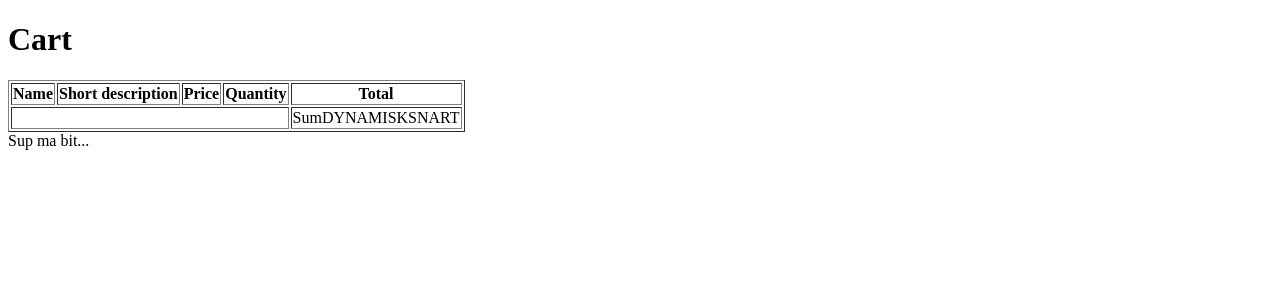
Repository: superdids/DAT152
Page: http://localhost/Oblig3/cart
The author's editor kept a copy of each file at every save. The page is drawn from the files as they stood at one save, then again after the next save.
The browser window is 1280 px wide. The pictures show the whole page.
The page is served by Tomcat 9. Other server files are loaded and not shown.

Above is the page before, as saved 2015-10-31 13:15:19.

### Oblig3/WebContent/cart.jsp
<%@ page language="java" contentType="text/html; charset=ISO-8859-1"
    pageEncoding="ISO-8859-1"%>
<%@ taglib uri="http://java.sun.com/jsp/jstl/core" prefix="c" %>
<%@ taglib prefix="short" uri="WEB-INF/customTags.tld" %>
<!DOCTYPE html PUBLIC "-//W3C//DTD HTML 4.01 Transitional//EN" "http://www.w3.org/TR/html4/loose.dtd">
<html>
<head>
<meta http-equiv="Content-Type" content="text/html; charset=ISO-8859-1">
<title>Insert title here</title>
</head>
<body>
<h1>Cart</h1>
<table border="1">
	<tr>
		<th>Name</th>
		<th>Short description</th>
		<th>Price</th>
		<th>Quantity</th>
		<th>Total</th>
	</tr>
	<c:set var="sum" value="0" />
	<c:forEach var="item" items="${items}">
		<c:set var="amnt" value="${item.value.amount}" />
		<c:set var="price" value="${item.value.product.priceInEuro}" />
		<tr>
			<td>${item.value.product.productName}</td>
			<td><short:ShortText maxChars="10">Nothing! (her skal shorttext brukes, men trenger først
			velfungerende description.)</short:ShortText></td>

			<td>${item.value.product.priceInEuro}</td>
			<td>${item.value.amount}</td>
<!--  			<td>asd</td> -->
	<td> some stuff
<%-- 	<c:set var="x"><customTags:cc price="${price}" amount="${amount}" /></c:set> --%>
	</td>

		</tr>

<%-- <c:set var="sum" value="${sum + x}" /> --%>
	</c:forEach>
	<tr>
		<td colspan="4"></td>
		<td>SumDYNAMISKSNART</td>
	</tr>
</table>

<short:ShortText maxChars="10">Sup ma bitches!</short:ShortText>

</body>
</html>

### Oblig3/src/no/hib/dat152/controllers/Cart.java
package no.hib.dat152.controllers;

import java.io.IOException;
import java.util.HashMap;

import javax.servlet.ServletException;
import javax.servlet.annotation.WebServlet;
import javax.servlet.http.HttpServlet;
import javax.servlet.http.HttpServletRequest;
import javax.servlet.http.HttpServletResponse;

import no.hib.dat102.database.Description;
import no.hib.dat102.database.DescriptionDAOContext;
import no.hib.dat102.database.DescriptionId;
import no.hib.dat152.models.CartItem;
import no.hib.dat152.models.MyAwesomeCart;
import no.hib.dat152.util.RequestHelper;

/**
 * Servlet implementation class Cart
 */
@WebServlet("/cart")
public class Cart extends HttpServlet {
	private static final long serialVersionUID = 1L;

	/**
	 * @see HttpServlet#doGet(HttpServletRequest request, HttpServletResponse response)
	 */
	protected void doGet(HttpServletRequest request, HttpServletResponse response) throws ServletException, IOException {

		request = RequestHelper.setLanguage(request);

		MyAwesomeCart cart = (MyAwesomeCart) request.getSession().getAttribute("cart");
		if(cart != null) {
			HashMap<Integer,CartItem> items = (HashMap<Integer, CartItem>) cart.getItems();
			DescriptionDAOContext dao = new DescriptionDAOContext();

			String language = (String) request.getSession().getAttribute("language");
			if(language != null) {

				for(Integer key : items.keySet()) {
					CartItem item = items.get(key);
					Description description = dao.read(new DescriptionId(key, language));
					if(description != null)
						item.setDescription(description.getText());

					cart.addItem(key, item);
				}
				request.setAttribute("items", cart.getItems());
			}
		}

		request.getRequestDispatcher("/cart.jsp").forward(request, response);
	}

	/**
	 * @see HttpServlet#doPost(HttpServletRequest request, HttpServletResponse response)
	 */
	protected void doPost(HttpServletRequest request, HttpServletResponse response) throws ServletException, IOException {
		// TODO Auto-generated method stub

		response = RequestHelper.generateCookie(request, response, "language", "locale");
		response.sendRedirect(request.getContextPath()+"/cart");
	}

}

### Oblig3/src/no/hib/dat152/util/RequestHelper.java
package no.hib.dat152.util;

import javax.servlet.http.Cookie;
import javax.servlet.http.HttpServletRequest;
import javax.servlet.http.HttpServletResponse;

import no.hib.dat102.database.AvailableLanguages;
import no.hib.dat102.database.DescriptionDAOContext;
import no.hib.dat102.database.Product;
import no.hib.dat152.models.CartItem;
import no.hib.dat152.models.MyAwesomeCart;

/**
 * Hjelpeklasse som oppdaterer request/response objektet, eller
 * henter verdier fra request objektet
 * @author Didrik, Lars-Jo, Ståle
 */
public class RequestHelper {

	/**
	 * Henter språkkode
	 * @param request Request objektet
	 * @return Språkkoden om den finnes i request objektet, null ellers
	 */
	public static String getLanguageFromRequest(HttpServletRequest request) {
		String lang = request.getParameter("language");
		return lang != null ? lang : "en";
	}

	/**
	 * Henter en cookie med gitt request objekt og cookie navn
	 * @param request Request objektet
	 * @param cookieName Cookie navn
	 * @return Referanse til et cookie objekt om navnet eksisterer, null ellers
	 */
	public static Cookie getCookie(HttpServletRequest request, String cookieName) {
		Cookie cookie = null;
		Cookie [] cookies = request.getCookies();
		if (cookies != null) {
			for(Cookie c : cookies) {
				if(c.getName().equals(cookieName)) { cookie = c; break; }
			}
		}

		return cookie;
	}

	/**
	 * Oppretter nytt cookie objekt
	 * @param request Request objektet
	 * @param response Response objektet
	 * @param paramReference Parameterreferanse som skal settes inn i cookie objektet
	 * @param cookieName Navnet som skal tilordnes cookie objektet
	 * @return Referanse til et cookie objekt
	 */
	public static HttpServletResponse generateCookie(HttpServletRequest request,
			HttpServletResponse response, String paramReference,
			String cookieName) {
		String param = request.getParameter(paramReference);

		Cookie cookie = new Cookie(cookieName, param);
		response.addCookie(cookie);
		return response;
	}

	/**
	 * Setter språk avhengig av verdi i cookie
	 * @param request Request objektet
	 * @return Oppdatert request objekt
	 */
	public static HttpServletRequest setLanguage(HttpServletRequest request) {
		Cookie cookie = RequestHelper.getCookie(request, "locale");
		String dynamic = "en";
		if(cookie != null)
			dynamic = cookie.getValue();

		AvailableLanguages availableLanguages = ServletContext.getAvailableLanguagesFromContext();

		request.setAttribute("availableLanguages", availableLanguages.getLanguages());
		request.getSession().setAttribute("language", dynamic);
		return request;
	}

	/**
	 * Oppdaterer handlevognen
	 * @param request Request objektet
	 * @param product Produktet som skal legges inn i handlevognen
	 * @return Oppdatert request objekt
	 */
	public static HttpServletRequest updateCart(HttpServletRequest request, Product product) {
		MyAwesomeCart cart = (MyAwesomeCart) request.getSession().getAttribute("cart");
		Integer id = product.getProductNumber();

		if(cart == null) {
			cart = new MyAwesomeCart();
			cart.addItem(id, new CartItem(product, 1,""));
		} else
			if(cart.inCart(id))
				cart.addCount(id);
			else
				cart.addItem(id, new CartItem(product,1,""));

		request.getSession().setAttribute("cart", cart);

		return request;
	}
}

### Oblig3/customTagHandlers/no/hib/dat152/customTags/ShortText.java
package no.hib.dat152.customTags;

import java.io.IOException;
import java.io.StringWriter;

import javax.servlet.jsp.JspException;
import javax.servlet.jsp.JspWriter;
import javax.servlet.jsp.tagext.SimpleTagSupport;

public class ShortText extends SimpleTagSupport {

	private Integer maxChars;

	public void setMaxChars(Integer maxChars) {
		this.maxChars = maxChars;
	}

	@Override
	public void doTag() throws JspException, IOException {

		StringWriter stringWriter = new StringWriter();
		//henter verdi fra attributt.
		JspWriter out = getJspContext().getOut();
		//henter verdi fra kroppen til taggen

		getJspBody().invoke(stringWriter);
		String result = stringWriter.toString();
		if(maxChars == null || result == null) return;
		if(result.length() > maxChars)
			result = result.substring(0,maxChars) + "...";
		out.println(result);

	}

}

### Oblig3/WebContent/selectLanguage.jsp
<%@ page language="java" contentType="text/html; charset=UTF-8"
    pageEncoding="UTF-8"%>
<%@ taglib uri="http://java.sun.com/jsp/jstl/core" prefix="c" %>
<%@ taglib prefix="fmt" uri="http://java.sun.com/jsp/jstl/fmt" %>
<%@ taglib prefix="cs" uri="WEB-INF/customTags.tld" %>
<fmt:setLocale value="${language}" />
<fmt:setBundle basename="no.hib.dat152.i18n.text" var="bundle"/>
<!DOCTYPE html PUBLIC "-//W3C//DTD HTML 4.01 Transitional//EN" "http://www.w3.org/TR/html4/loose.dtd">
<html>
<head>
<meta http-equiv="Content-Type" content="text/html; charset=UTF-8">
<title>Notitle</title>
</head>
<body>
<form action="${url}" method="POST">
	<select id="language" name="language" onchange="submit()" >
		<option disabled="disabled" selected="selected" >
			<fmt:message key="products.label.chooseLang" bundle="${bundle}"/>
		</option>
		<c:forEach var="lang" items="${availableLanguages}">
			<option value="${lang}">
				<fmt:setLocale value="${lang}" />
				<fmt:setBundle basename="no.hib.dat152.i18n.text" />
				<fmt:message key="products.label.lang" />
				<c:if test="${language == lang}" >
					<fmt:message key="products.label.selected" />
				</c:if>
			</option>
		</c:forEach>
		<fmt:setLocale value="${language}" />
		<fmt:setBundle basename="no.hib.dat152.i18n.text" />
	</select>
</form>

</body>
</html>

After the next save:
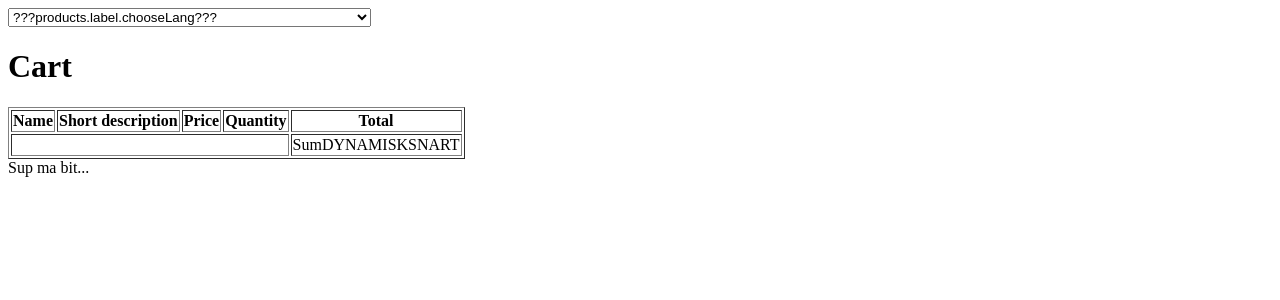
Saved 19 s later.
--- a/Oblig3/WebContent/cart.jsp
+++ b/Oblig3/WebContent/cart.jsp
@@ -9,6 +9,8 @@
 <title>Insert title here</title>
 </head>
 <body>
+<c:set var="url" value="products" />
+<jsp:include page="selectLanguage.jsp" />
 <h1>Cart</h1>
 <table border="1">
 	<tr>
